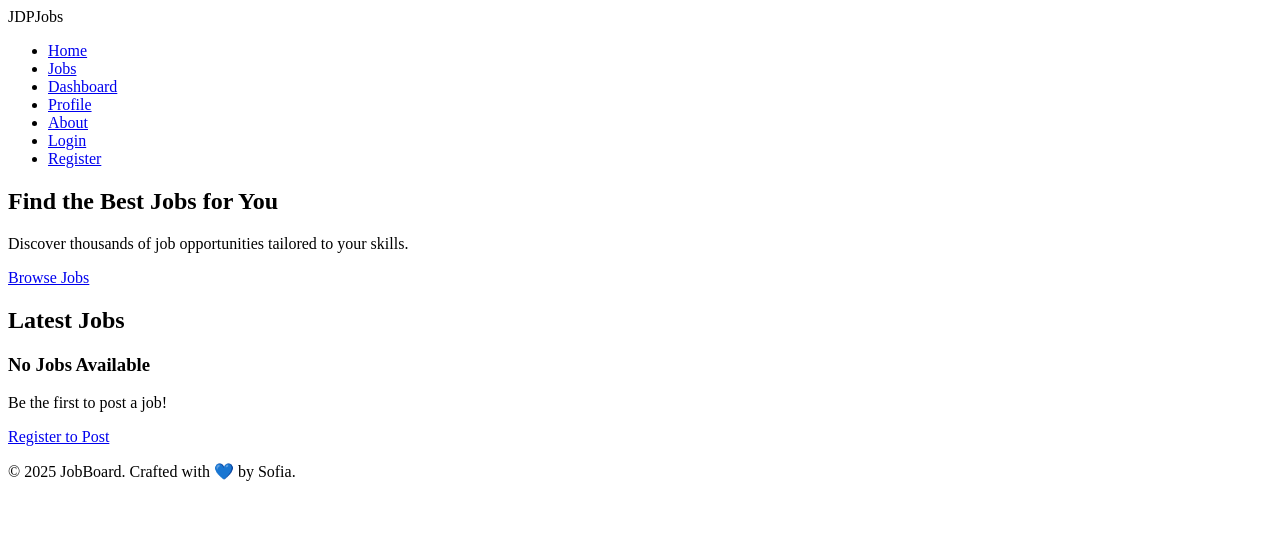
Repository: sofia123776/jobboard
Page: jobs/templates/jobs/home.html
An editor plug-in stored every save of this project. The page is shown before and after a run of saves, followed by the edit.
The browser window is 1280 px wide. The pictures show the whole page.
The template is drawn by Django 5.2. The application's start-up code is not run. The template is opened directly, without the code that normally fills it, so the values that code supplies are empty.

Above is the page before, as saved 2025-10-23 16:10:03.

After the next 2 saves:
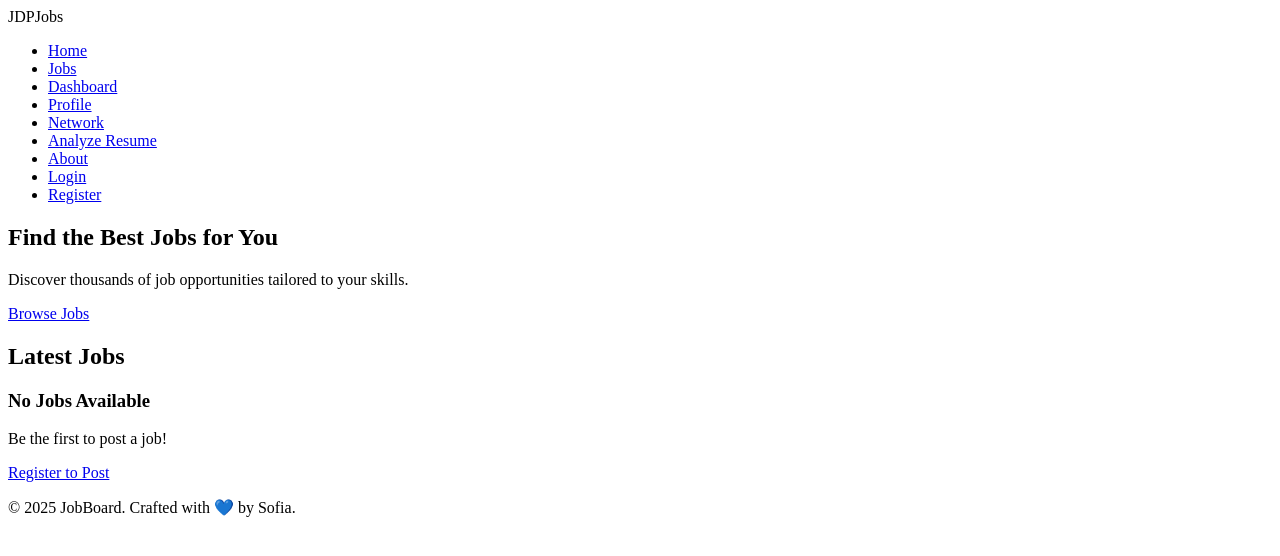
The 2 saves are shown as one change because 1 did not build or start.
The last was saved 13 min 25 s later.
--- a/jobs/templates/jobs/home.html
+++ b/jobs/templates/jobs/home.html
@@ -16,9 +16,11 @@
         <li><a href="{% url 'job_list' %}" class="{% if request.resolver_match.url_name == 'job_list' %}active{% endif %}">Jobs</a></li>
         <li><a href="{% url 'dashboard' %}" class="{% if request.resolver_match.url_name == 'dashboard' %}active{% endif %}">Dashboard</a></li>
         <li><a href="{% url 'profile' %}" class="{% if request.resolver_match.url_name == 'profile' %}active{% endif %}">Profile</a></li>
-
+         <li><a href="{% url 'network_suggestions' %}">Network</a></li>
+        <li><a href="{% url 'upload_resume' %}">Analyze Resume</a></li>
         <li><a href="#">About</a></li>
         {% if user.is_authenticated %}
+            <li><a href="{% url 'profile_view' user.username %}">My Profile</a></li>
           <li><a href="{% url 'logout' %}">Logout</a></li>
         {% else %}
           <li><a href="{% url 'login' %}">Login</a></li>

After the save that followed:
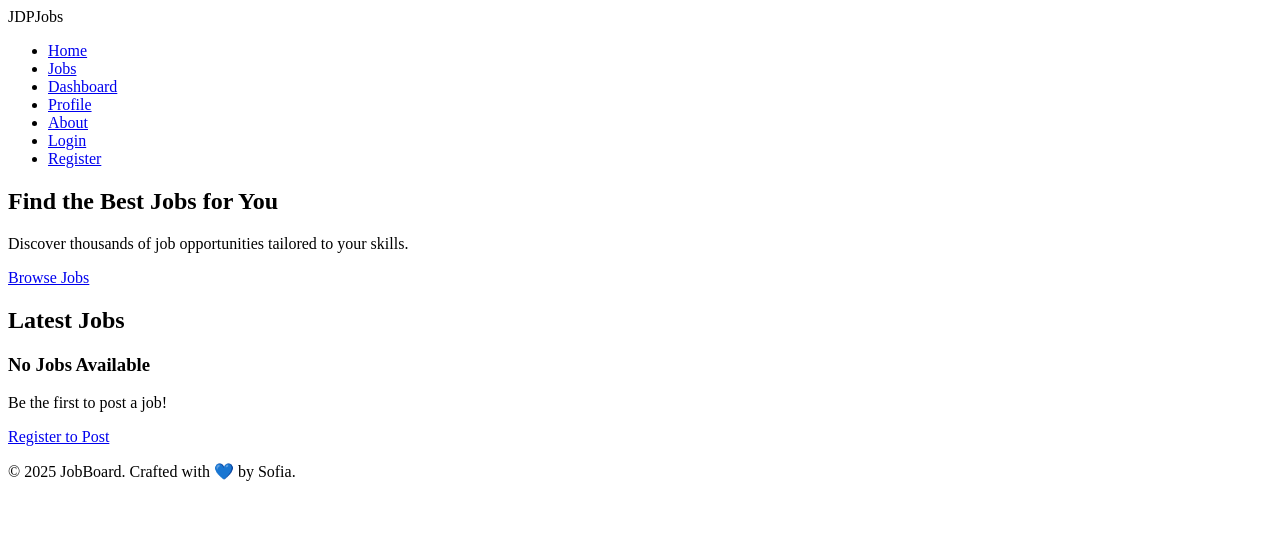
Saved 9 min 40 s later.
--- a/jobs/templates/jobs/home.html
+++ b/jobs/templates/jobs/home.html
@@ -16,11 +16,10 @@
         <li><a href="{% url 'job_list' %}" class="{% if request.resolver_match.url_name == 'job_list' %}active{% endif %}">Jobs</a></li>
         <li><a href="{% url 'dashboard' %}" class="{% if request.resolver_match.url_name == 'dashboard' %}active{% endif %}">Dashboard</a></li>
         <li><a href="{% url 'profile' %}" class="{% if request.resolver_match.url_name == 'profile' %}active{% endif %}">Profile</a></li>
-         <li><a href="{% url 'network_suggestions' %}">Network</a></li>
-        <li><a href="{% url 'upload_resume' %}">Analyze Resume</a></li>
+
         <li><a href="#">About</a></li>
         {% if user.is_authenticated %}
-            <li><a href="{% url 'profile_view' user.username %}">My Profile</a></li>
+
           <li><a href="{% url 'logout' %}">Logout</a></li>
         {% else %}
           <li><a href="{% url 'login' %}">Login</a></li>
